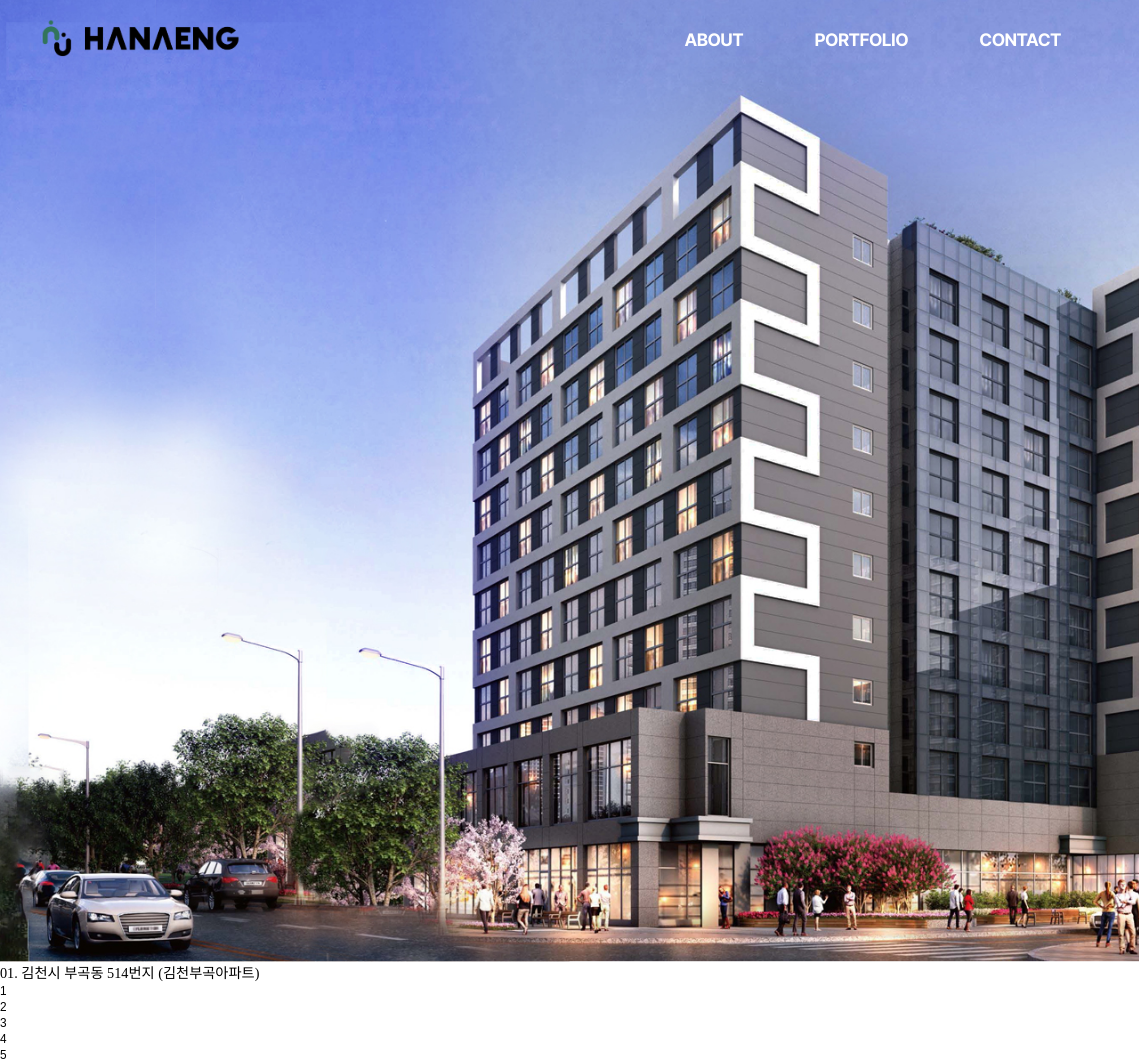
Repository: makeditWeb/hanaenc
Page: main.html
An editor plug-in stored every save of this project. The page is shown before and after the next save, followed by the edit.
The browser window is 1280 px wide. The pictures show the whole page, at 89% of full size.
Some web libraries are served in a nearby version.

Above is the page before, as saved 2023-07-05 17:38:04.

### main.html
<!DOCTYPE html>
<html lang="en">
<head>
    <meta charset="UTF-8">
    <meta name="viewport" content="width=device-width, initial-scale=1.0">
    <title>Document</title>

    <link rel="stylesheet" href="./css/style.css">

    <link rel="stylesheet" type="text/css" href="//cdn.jsdelivr.net/npm/slick-carousel@1.8.1/slick/slick.css"/>
</head>
<body>
    <header id="nav-menu" aria-label="navigation bar">
        <div class="container">
            <div class="nav-start">
                <a class="logo" href="/">
                    <img src="./image/logo_b.png"alt="Logo" />
                </a>

            </div>



            <div class="nav-end">
                <nav class="menu">
                    <ul class="menu-bar">
                        <li>
                            <button class="nav-link dropdown-btn" data-dropdown="dropdown1" aria-haspopup="true"
                                aria-expanded="false" aria-label="discover">
                                ABOUT
                            </button>
                            <div id="dropdown1" class="dropdown">
                                <ul role="menu">
                                    <li>
                                        <span class="dropdown-link-title">Browse Categories</span>
                                    </li>
                                    <li role="menuitem">
                                        <a class="dropdown-link" href="#branding">Branding</a>
                                    </li>
                                    <li role="menuitem">
                                        <a class="dropdown-link" href="#illustrations">Illustration</a>
                                    </li>
                                </ul>
                            </div>
                        </li>
                        <li><a class="nav-link" href="/">PORTFOLIO</a></li>
                        <li><a class="nav-link" href="/">CONTACT</a></li>
                    </ul>
                </nav>
                <button id="hamburger" aria-label="hamburger" aria-haspopup="true" aria-expanded="false">
                    <i class="bx bx-menu" aria-hidden="true"></i>
                </button>
            </div>
        </div>
    </header>

    <section class="main">
        <div class="main-slide-wrap">
            <div class="main-slide">
                <img src="./image/main_slide1.jpg" alt="slide1">
                <p class="slide_title">01. 김천시 부곡동 514번지 (김천부곡아파트)</p>
            </div>
            <div class="main-slide">
                <img src="./image/main_slide2.jpg" alt="slide1">
                <p class="slide_title">01. 김천시 부곡동 514번지 (김천부곡아파트)</p>
            </div>
            <div class="main-slide">
                <img src="./image/main_slide3.jpg" alt="slide1">
                <p class="slide_title">01. 김천시 부곡동 514번지 (김천부곡아파트)</p>
            </div>
            <div class="main-slide">
                <img src="./image/main_slide4.jpg" alt="slide1">
                <p class="slide_title">01. 김천시 부곡동 514번지 (김천부곡아파트)</p>
            </div>
            <div class="main-slide">
                <img src="./image/main_slide5.jpg" alt="slide1">
                <p class="slide_title">01. 김천시 부곡동 514번지 (김천부곡아파트)</p>
            </div>
        </div>
    </section>
</body>

<script type="text/javascript" src="//code.jquery.com/jquery-1.11.0.min.js"></script>
<script type="text/javascript" src="//cdn.jsdelivr.net/npm/slick-carousel@1.8.1/slick/slick.min.js"></script>
<script src="./js/main.js"></script>

<script>
    $(document).ready(function () {
        $('.main-slide-wrap').slick({
            infinite: true,
            slidesToShow: 1,
            dots: true,
            arrows:false,
        });
    });
</script>
</html>

### css/style.css
* {
    margin: 0;
    padding: 0;
    box-sizing: border-box;
}

:root {
    --dark-grey: #333333;
    --medium-grey: #636363;
    --light-grey: #eeeeee;
    --ash: #f4f4f4;
    --primary-color: #2b72fb;
    --white: white;
    --border: 1px solid var(--light-grey);
    --shadow: rgba(0, 0, 0, 0.05) 0px 6px 24px 0px,
        rgba(0, 0, 0, 0.08) 0px 0px 0px 1px;
}


@font-face {
    font-family: 'Pretendard-Thin';
    src: url('../font/Pretendard-Thin.woff') format('woff'),
        url('../font/Pretendard-Thin.woff2') format('woff2');
    font-weight: 100;
    font-style: normal;
}

@font-face {
    font-family: 'Pretendard-ExtraLight';
    src: url('../font/Pretendard-ExtraLight.woff') format('woff'),
    url('../font/Pretendard-ExtraLight.woff2') format('woff2');
    font-weight: 200;
    font-style: normal;
}

@font-face {
    font-family: 'Pretendard-Light';
    src: url('../font/Pretendard-Light.woff') format('woff'),
    url('../font/Pretendard-Light.woff2') format('woff2');
    font-weight: 300;
    font-style: normal;
}

@font-face {
    font-family: 'Pretendard-Regular';
    src: url('../font/Pretendard-Regular.woff') format('woff'),
    url('../font/Pretendard-Regular.woff2') format('woff2');
    font-weight: 400;
    font-style: normal;
}

@font-face {
    font-family: 'Pretendard-Medium';
    src: url('../font/Pretendard-Medium.woff') format('woff'),
    url('../font/Pretendard-Medium.woff2') format('woff2');
    font-weight: 500;
    font-style: normal;
}

@font-face {
    font-family: 'Pretendard-SemiBold';
    src: url('../font/Pretendard-SemiBold.woff') format('woff'),
    url('../font/Pretendard-SemiBold.woff2') format('woff2');
    font-weight: 600;
    font-style: normal;
}

@font-face {
    font-family: 'Pretendard-Bold';
    src: url('../font/Pretendard-Bold.woff') format('woff'),
    url('../font/Pretendard-Bold.woff2') format('woff2');
    font-weight: 700;
    font-style: normal;
}

@font-face {
    font-family: 'Pretendard-ExtraBold';
    src: url('../font/Pretendard-ExtraBold.woff') format('woff'),
    url('../font/Pretendard-ExtraBold.woff2') format('woff2');
    font-weight: 800;
    font-style: normal;
}

@font-face {
    font-family: 'Pretendard-Black';
    src: url('../font/Pretendard-Black.woff') format('woff'),
    url('../font/Pretendard-Black.woff2') format('woff2');
    font-weight: 800;
    font-style: normal;
}


body {
    font-family: inherit;

}

ul {
    list-style: none;
}

a {
    text-decoration: none;
}

button {
    border: none;
    background-color: transparent;
    cursor: pointer;
    outline: none;
}

.btn {
    display: block;
    text-align: center;
    padding: 0.6rem 1.4rem;
    font-size: 1rem;
    font-weight: 500;
    border-radius: 5px;
}


.logo {
    width: 220px;
    height: auto;
}

.logo img{
    width: 100%;
    height: 100%;
}

#nav-menu {
    background-color: transparent;
    position: fixed;
    top: 0;
    left: 0;
    height: 100px;
    width: 100%;
    z-index: 9;
}

.container {
    display: flex;
    align-items: center;
    justify-content: space-between;
    column-gap: 2rem;
    height: 90px;
    padding: 1.2rem 3rem;
}

.menu {
    position: relative;
}

.menu-bar li{
    position: relative;
}


.menu-bar li:first-child ul:nth-child(1) {
    border-right: var(--border);
}

.menu-bar li:nth-child(n + 2) ul:nth-child(1) {
    border-bottom: var(--border);
}

.menu-bar .dropdown-link-title {
    font-weight: 600;
}

.menu-bar .nav-link {
    font-size: 20px;
    letter-spacing: -0.6px;
    padding: 20px 40px;
    color: #fff;
    font-family: 'Pretendard-Bold';
    box-sizing: border-box;
}


.menu-bar .nav-link:hover,
.dropdown-link:hover {
    color: var(--primary-color);
}

.nav-start,
.nav-end,
.menu-bar,
.right-container,
.right-container .search {
    display: flex;
    align-items: center;
}

.dropdown {
    display: flex;
    flex-direction: column;
    min-width: 230px;
    background-color: var(--white);
    border-radius: 10px;
    position: absolute;
    top: 36px;
    z-index: 1;
    visibility: hidden;
    opacity: 0;
    transform: scale(0.97) translateX(-5px);
    transition: 0.1s ease-in-out;
    box-shadow: var(--shadow);
}

.dropdown.active {
    visibility: visible;
    opacity: 1;
    transform: scale(1) translateX(5px);
}

.dropdown ul {
    display: flex;
    flex-direction: column;
    gap: 0.5rem;
    padding: 1.2rem;
    font-size: 0.95rem;
}

.dropdown-btn {
    display: flex;
    align-items: center;
    justify-content: space-between;
    gap: 0.15rem;
}

.dropdown-link {
    display: flex;
    gap: 0.5rem;
    padding: 0.5rem 0;
    border-radius: 7px;
    transition: 0.1s ease-in-out;
}

.dropdown-link p {
    font-size: 0.8rem;
    color: var(--medium-grey);
}

.right-container {
    display: flex;
    align-items: center;
    column-gap: 1rem;
}

.right-container .search {
    position: relative;
}

.right-container img {
    border-radius: 50%;
}

.search input {
    background-color: var(--ash);
    border: none;
    border-radius: 6px;
    padding: 0.7rem;
    padding-left: 2.4rem;
    font-size: 16px;
    width: 100%;
    border: var(--border);
}

.search .bx-search {
    position: absolute;
    left: 10px;
    top: 50%;
    font-size: 1.3rem;
    transform: translateY(-50%);
    opacity: 0.6;
}

#hamburger {
    display: none;
    padding: 0.1rem;
    margin-left: 1rem;
    font-size: 1.9rem;
}

@media (max-width: 1100px) {
    #hamburger {
        display: block;
    }

    .container {
        padding: 1.2rem;
    }

    .menu {
        display: none;
        position: absolute;
        top: 87px;
        left: 0;
        min-height: 100vh;
        width: 100vw;
    }

    .menu-bar li:first-child ul:nth-child(1) {
        border-right: none;
        border-bottom: var(--border);
    }

    .dropdown {
        display: none;
        min-width: 100%;
        border: none !important;
        border-radius: 5px;
        position: static;
        top: 0;
        left: 0;
        visibility: visible;
        opacity: 1;
        transform: none;
        box-shadow: none;
    }

    .menu.show,
    .dropdown.active {
        display: block;
    }

    .dropdown ul {
        padding-left: 0.3rem;
    }

    .menu-bar {
        display: flex;
        flex-direction: column;
        align-items: stretch;
        row-gap: 1rem;
        padding: 1rem;
    }

    .menu-bar .nav-link {
        display: flex;
        justify-content: space-between;
        width: 100%;
        font-weight: 600;
        font-size: 1.2rem;
        margin: 0;
    }

    .menu-bar li:first-child .dropdown {
        min-width: 100%;
    }

    .menu-bar>li:not(:last-child) {
        padding-bottom: 0.5rem;
        border-bottom: var(--border);
    }
}

@media (max-width: 600px) {
    .right-container {
        display: none;
    }
}

### js/main.js


// main

const dropdownBtn = document.querySelectorAll(".dropdown-btn");
const dropdown = document.querySelectorAll(".dropdown");
const hamburgerBtn = document.getElementById("hamburger");
const navMenu = document.querySelector(".menu");
const links = document.querySelectorAll(".dropdown a");

function setAriaExpandedFalse() {
  dropdownBtn.forEach((btn) => btn.setAttribute("aria-expanded", "false"));
}

function closeDropdownMenu() {
  dropdown.forEach((drop) => {
    drop.classList.remove("active");
    drop.addEventListener("click", (e) => e.stopPropagation());
  });
}

function toggleHamburger() {
  navMenu.classList.toggle("show");
}

dropdownBtn.forEach((btn) => {
  btn.addEventListener("click", function (e) {
    const dropdownIndex = e.currentTarget.dataset.dropdown;
    const dropdownElement = document.getElementById(dropdownIndex);

    dropdownElement.classList.toggle("active");
    dropdown.forEach((drop) => {
      if (drop.id !== btn.dataset["dropdown"]) {
        drop.classList.remove("active");
      }
    });
    e.stopPropagation();
    btn.setAttribute(
      "aria-expanded",
      btn.getAttribute("aria-expanded") === "false" ? "true" : "false"
    );
  });
});

// close dropdown menu when the dropdown links are clicked
links.forEach((link) =>
  link.addEventListener("click", () => {
    closeDropdownMenu();
    setAriaExpandedFalse();
    toggleHamburger();
  })
);

// close dropdown menu when you click on the document body
document.documentElement.addEventListener("click", () => {
  closeDropdownMenu();
  setAriaExpandedFalse();
});

// close dropdown when the escape key is pressed
document.addEventListener("keydown", (e) => {
  if (e.key === "Escape") {
    closeDropdownMenu();
    setAriaExpandedFalse();
  }
});

// toggle hamburger menu
hamburgerBtn.addEventListener("click", toggleHamburger);

After the next save:
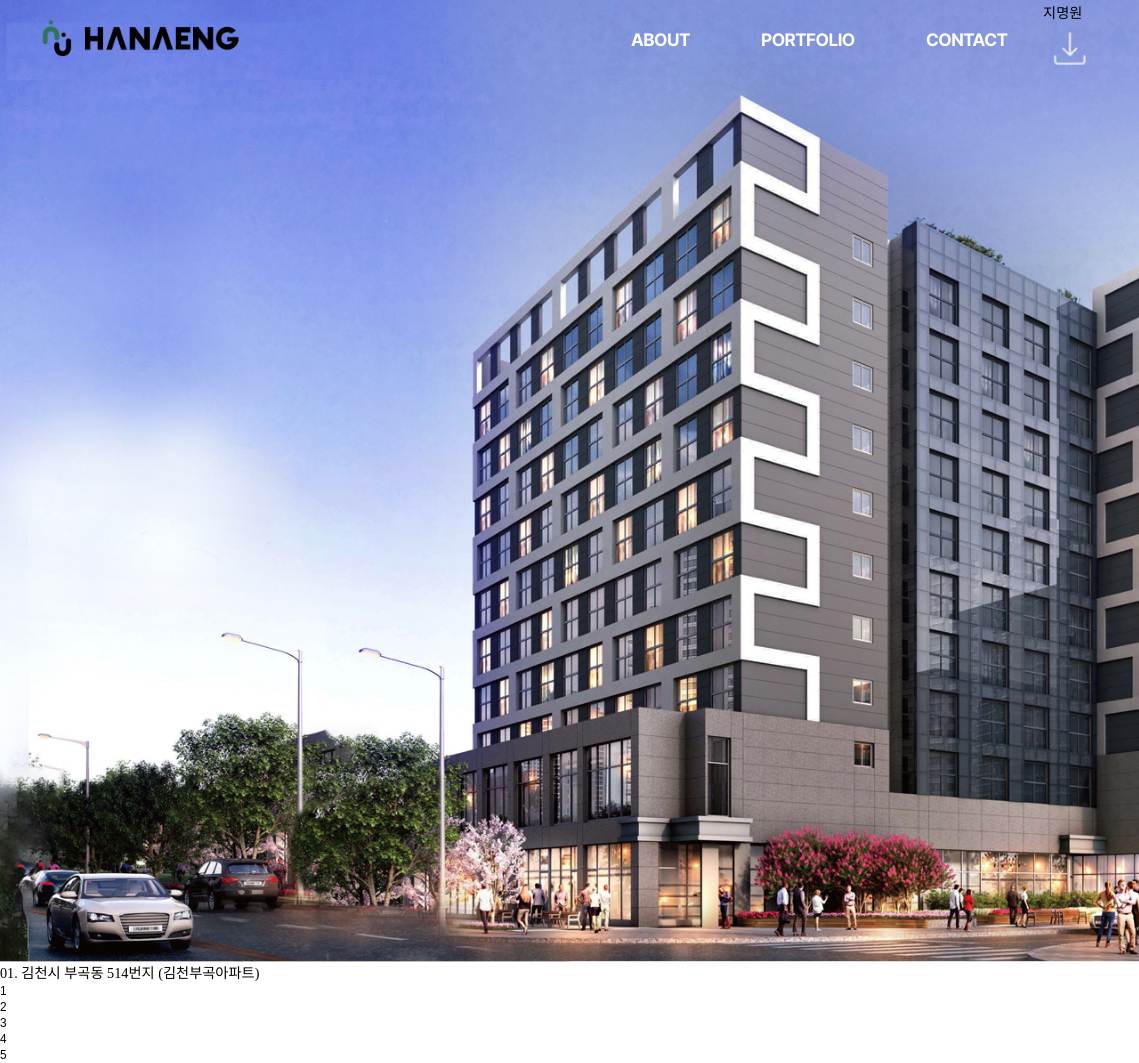
Saved 4 min 6 s later.
--- a/main.html
+++ b/main.html
@@ -47,6 +47,10 @@
                         <li><a class="nav-link" href="/">CONTACT</a></li>
                     </ul>
                 </nav>
+                <div class="download_wrap">
+                    <p>지명원</p>
+                    <img src="./image/navbar_down_w.png">
+                </div>
                 <button id="hamburger" aria-label="hamburger" aria-haspopup="true" aria-expanded="false">
                     <i class="bx bx-menu" aria-hidden="true"></i>
                 </button>
